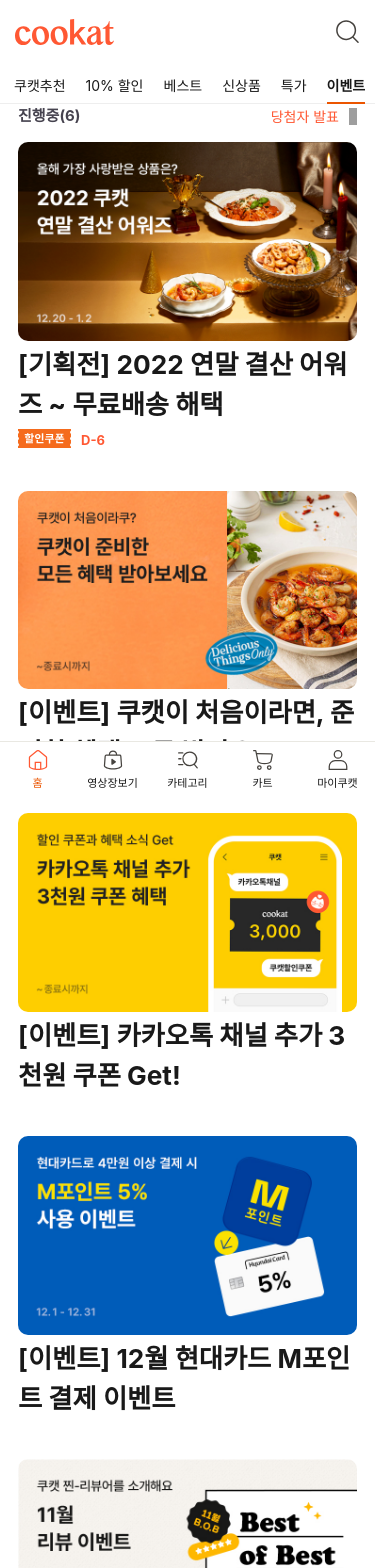
Repository: CooKat/Cookat
Page: event.html
These files come from the project's save history. The page is drawn as it stood at one moment and after the next save; the edit follows.
The browser window is 375 px wide. The pictures show the part of the page from y = 0 to 1568 px (the page is 2949 px tall before and 2677 px after).
Pictures or frames that could not be fetched are drawn as grey boxes. A picture or video elsewhere on the page could not be fetched, so the positions and the page height are approximate. Some web fonts or font styles are not loaded; a fallback is used.

Above is the page before, as saved 2022-12-29 17:27:47.
Not found: css/responsive.css
Not found: js/ex1.js

### event.html
<!DOCTYPE html>
<html lang="ko-KR">
  <head>
    <meta charset="UTF-8" />
    <meta http-equiv="X-UA-Compatible" content="IE=edge" />
    <meta name="viewport" content="width=device-width, initial-scale=1.0" />
    <link rel="shortcut icon" type="image/x-icon" href="./images/1.png" />
    <link
      rel="stylesheet"
      as="style"
      crossorigin
      href="https://cdn.jsdelivr.net/gh/orioncactus/pretendard@v1.3.6/dist/web/static/pretendard.css"
    />
    <link
      href="https://cdn.jsdelivr.net/npm/remixicon@2.5.0/fonts/remixicon.css"
      rel="stylesheet"
    />
    <link
      rel="stylesheet"
      href="https://cdn.jsdelivr.net/npm/swiper/swiper-bundle.min.css"
    />
    <link rel="stylesheet" href="./css/main.css" />
    <link rel="stylesheet" href="./css/event.css" />
    <title>쿠캣</title>
  </head>
  <body>
    <div class="container">
      <!-- 상단 메뉴바 -->
      <header class="header">
        <a href="/" class="logo"
          ><img src="./images/logo-main.svg" alt="쿠캣마켓"
        /></a>
        <div class="menu swiper">
          <ul class="swiper-wrapper" role="menubar" aria-hidden="false">
            <li role="none" class="swiper-slide">
              <a role="menuitem" href="/">쿠캣추천</a>
            </li>
            <li class="swiper-slide" role="none">
              <a role="menuitem" href="/">10% 할인</a>
            </li>
            <li class="swiper-slide" role="none">
              <a role="menuitem" href="./best.html">베스트</a>
            </li>
            <li class="swiper-slide" role="none">
              <a role="menuitem" href="/">신상품</a>
            </li>
            <li class="swiper-slide" role="none">
              <a role="menuitem" href="./specialPrice.html">특가</a>
            </li>
            <li class="swiper-slide active" role="none">
              <a role="menuitem" href="/">이벤트</a>
            </li>
          </ul>
        </div>
        <button type="button" class="search">
          <img src="./images/ic-24-finder.svg" alt="검색 아이콘" />
        </button>
      </header>

      <main class="main">
        <section class="event">
          <!-- 진행중(6) 당첨자 발표 -->
          <div class="event-ing">
            <h2 class="event-ing-title">진행중(6)</h2>
            <a href="/"><p>당첨자 발표</p></a>
          </div>

          <!-- 행사 아이템들 -->
          <div class="item-list">
            <a href="/event.html">
              <div class="item-list-item">
                <img src="./images/event1.jpg" />
                <h2 class="item-list-title title-first">
                  [기획전] 2022 연말 결산 어워즈 ~ 무료배송 해택
                </h2>
                <div class="coupon-day">
                  <i class="icon-coupon"></i>
                  <span class="coupon-date">D-6</span>
                </div>
              </div>
            </a>
          </div>

          <div class="item-list">
            <a href="/event.html">
              <div class="item-list-item">
                <img src="./images/event2.jpg" />
                <h2 class="item-list-title">
                  [이벤트] 쿠캣이 처음이라면, 준비한 혜택 모두 받아요!
                </h2>
              </div>
            </a>
          </div>

          <div class="item-list">
            <a href="/event.html">
              <div class="item-list-item">
                <img src="./images/event3.jpg" />
                <h2 class="item-list-title">
                  [이벤트] 카카오톡 채널 추가 3천원 쿠폰 Get!
                </h2>
              </div>
            </a>
          </div>

          <div class="item-list">
            <a href="/event.html">
              <div class="item-list-item">
                <img src="./images/event4.jpg" />
                <h2 class="item-list-title">
                  [이벤트] 12월 현대카드 M포인트 결제 이벤트
                </h2>
              </div>
            </a>
          </div>

          <div class="item-list">
            <a href="/event.html">
              <div class="item-list-item">
                <img src="./images/event5.jpg" />
                <h2 class="item-list-title">[이벤트] 11월 B.O.B 리뷰 이벤트</h2>
              </div>
            </a>
          </div>

          <div class="item-list">
            <a href="/event.html">
              <div class="item-list-item">
                <img src="./images/event6.jpg" />
                <h2 class="item-list-title">
                  [공지사항] NEW 쿠캣 등급 개편 안내
                </h2>
              </div>
            </a>
          </div>
        </section>
      </main>

      <!-- footer -->
      <footer class="footer">
        <div class="center-info-container">
          <h2 class="center-info">쿠캣 고객센터</h2>
          <span class="time-info"
            >평일 <time>10:00</time> ~ <time>18:00</time> (점심시간
            <time>13:00</time> ~ <time>14:00</time>)</span
          >

          <a href="tel:1668-3525" class="center-contact"> 고객센터</a>
        </div>
        <div class="business-info-container">
          <div class="business-info-title-container">
            <h2 class="business-info">(주) 쿠캣 사업자 정보</h2>
            <button class="business-info-toggle-btn">
              <img
                alt="addit-toggle-img"
                src="	https://crcf.cookatmarket.com/assets/mobile/img/using_guide/ic-16-close-bold.svg"
              />
            </button>
          </div>

          <ul class="business-info-list">
            <li class="business-info-item">
              <label for="representative">대표자</label
              ><span id="representative">이문주</span>
            </li>
            <li class="business-info-item">
              <label for="address">주소</label>
              <address id="address">
                서울특별시 강남구 영동대로112길 36, 3층, 지하 1층 (삼성동,
                오티씨타워)
              </address>
            </li>
            <li class="business-info-item">
              <label
                for="
              business-number"
                >사업자등록번호</label
              ><span id=" business-number">
                110-86-12995
                <a class="business-info-check" href="/"
                  >사업자정보 확인</a
                ></span
              >
            </li>
            <li class="business-info-item">
              <label for="mail-order-number">통신판매업 신고번호</label
              ><span
                id="
              mail-order-number"
                >2018-서울강남-01681</span
              >
            </li>
            <li class="business-info-item">
              <div class="center-info-flexcontent-container">
                <label
                  for="
              service-center"
                  >고객센터</label
                >
                <div class="center-info-content-container">
                  <a
                    id="service-center"
                    href="tel:1668-3525
              "
                    >1668-3525
                  </a>
                  <span id="service-center"
                    >평일 <time>10:00</time> ~ <time>18:00</time> (점심시간
                    <time>13:00</time> ~ <time>14:00</time>) 주말
                    <time>10:00</time> ~ <time>13:00</time></span
                  >
                </div>
              </div>
            </li>
            <li class="business-info-item">
              <label for="marketing-email">마케팅 제휴문의</label
              ><span id="marketing-email">marketing@cookat.co</span>
            </li>
            <li class="business-info-item">
              <label
                for="
              goods-email"
                >상품 제휴문의</label
              ><span id=" goods-email">
                <span>product@cookat.co<br /></span
              ></span>
            </li>
            <li class="business-info-item">
              <label for="person-in-charge">개인정보보호 책임자</label
              ><span id="person-in-charge"> 주지석 (jiseok.joo@cookat.co)</span>
            </li>
          </ul>

          <small class="copyright">
            Copyright © 쿠캣. All rights reserved.</small
          >
          <ul class="more-details-list">
            <li><a class="more-details" href="/">이용약관</a></li>
            <li>
              <a class="more-details" id="qkdcla" href="/">개인정보 처리방침</a>
            </li>
            <li><a class="more-details" href="/">공지사항</a></li>
          </ul>
        </div>

        <div class="additional-container">
          <a href="/">로그인</a>
          <a id="app-down" href="/"> APP다운</a>
        </div>
      </footer>

      <!-- 하단바 -->
      <nav class="fix-footer-menu">
        <ul>
          <li class="my-home on"><a href="/">홈</a></li>
          <li class="my-video"><a href="/">영상장보기</a></li>
          <li class="my-menu"><a href="/">카테고리</a></li>
          <li class="my-cart"><a href="/">카트</a></li>
          <li class="my-cookat"><a href="/">마이쿠캣</a></li>
        </ul>
      </nav>
    </div>

    <!-- Swiper JS -->
    <script src="https://cdn.jsdelivr.net/npm/swiper/swiper-bundle.min.js"></script>
    <!-- Initialize Swiper -->
    <script src="./js/ex1.js"></script>
    <script>
      var menu = new Swiper('.menu.swiper', {
        slidesPerView: 'auto',
        freeMode: true,
      });
    </script>
  </body>
</html>

### css/event.css
main {
  padding: 0 18px;
}
body {
  margin-top: 30px;
}

.event-ing {
  display: flex;
  flex-flow: row nowrap;
  justify-content: space-between;
  align-items: center;
  margin-top: var(--spacing-xxxl);
  margin-bottom: var(--spacing-md);
}

.event-ing-title {
  font-size: var(--text-xl);
  line-height: var(--text-xxl);
  color: var(--color-black);
  font-weight: 700;
}

.event-ing p {
  color: #ff5833;
  font-size: var(--text-sm);
}
.event-ing p::after {
  content: '';
  color: #ff5833;
  margin-left: var(--spacing-xxs);
  padding-left: var(--spacing-md);
  background: url('https://crcf.cookatmarket.com/assets/mobile/img/using_guide/ic-16-next-orange-fit.svg')
    no-repeat 6px;
}

.item-list {
}

.item-list-item {
}

.item-list-item img {
  border-radius: 10px;
}

.item-list-title {
  font-size: var(--text-lg);
  line-height: var(--text-xxl);
  font-weight: 700;
  margin-bottom: var(--spacing-xxxl);
}

.title-first {
  margin-bottom: 0;
}

.item-list-title h2:first-child {
  margin-bottom: 0;
}

.coupon-day {
  margin-top: var(--spacing-xxs);
  display: flex;
  flex-flow: row nowrap;
  margin-bottom: var(--spacing-xxxl);
}

.icon-coupon {
  width: 53px;
  height: 19px;
  background: url(../images/ic-event-sale-coupon-orange.svg) no-repeat center;
  display: inline-block;
  text-align: center;
}

.coupon-date {
  color: #ff5833;
  line-height: var(--text-xl);
  font-size: var(--text-xs);
  align-items: center;
  font-weight: 700;
  padding-left: var(--spacing-sm);
}

@media (max-width: 500px) {
  .event-ing-title {
    font-size: 4vw;
    line-height: 3vh;
  }

  .item-list-title {
    font-size: 7vw;
    line-height: 5vh;
  }
}

### css/theme.css
:root {
  /* 수식 단축키 art+shift+M */
  --color-white: #ffffff;
  --color-blank: #f9f9f9;
  --color-cement: #9d9995;
  --color-placeholder: #bbb8b5;
  --color-deep-orange: #eb5500;
  --color-border: #e9e8e2;
  --color-success: #579bdb;
  --color-black: #46434f;
  --color-gray: #9d999d;
  --color-greyish-brown: #5b5752;

  --spacing-sxxs: 0.125rem; /* 2px */
  --spacing-xxs: 0.25rem; /* 4px */
  --spacing-xs: 0.5rem; /* 8px */
  --spacing-sm: 0.625rem; /* 10px */
  --spacing-xm: 0.75rem; /* 12px */
  --spacing-md: 0.875rem; /* 14px */
  --spacing-m: 0.937rem; /* 15px */
  --spacing-base: 1rem; /* 16px */
  --spacing-lg: 1.125rem; /* 18px */
  --spacing-l: 1.25rem; /* 20px */
  --spacing-xl: 1.5rem; /* 24px */
  --spacing-xxl: 2rem; /* 32px */
  --spacing-xxxl: 2.5rem; /* 40px */

  --spacing-6: 3.75rem; /* 60px */

  --text-sxxs: 0.6875rem; /* 11px */
  --text-xxs: 0.75rem; /* 12px */
  --text-xs: 0.8125rem; /* 13px */
  --text-sm: 0.875rem; /* 14px */
  --text-md: 0.9375rem; /* 15px */
  --text-base: 1rem; /* 16px */
  --text-lg: 1.125rem; /* 18px */
  --text-xl: 1.375rem; /* 22px */
  --text-xxl: 1.625rem; /* 26px */

  --swiper-navigation-size: 1.125rem; /* 18px */

  --max-width: 31.25rem; /* 500px */
}

Loaded but not shown: css/normalize.css (library); css/reset.css (common file); css/main.css (973 lines, source omitted)

After the next save:
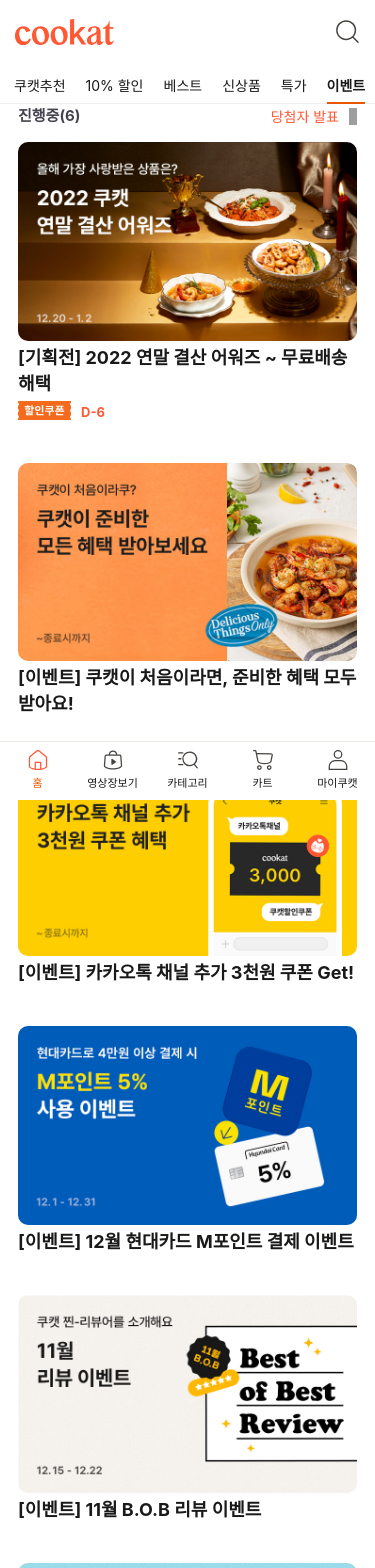
Saved 12 s later.
--- a/css/event.css
+++ b/css/event.css
@@ -88,9 +88,4 @@
     font-size: 4vw;
     line-height: 3vh;
   }
-
-  .item-list-title {
-    font-size: 7vw;
-    line-height: 5vh;
-  }
 }
